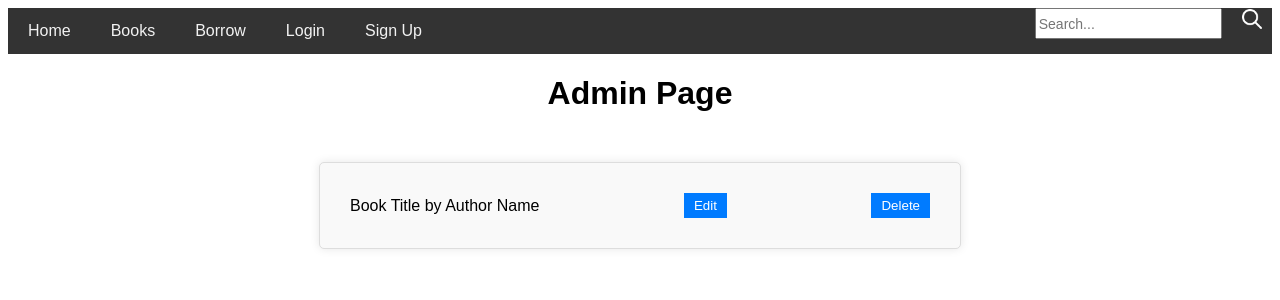
Repository: fadyesk12/Web-Technology-Course-Project
Page: auth/admin.html
An editor plug-in stored every save of this project. The page is shown before and after the next save, followed by the edit.
The browser window is 1280 px wide. The pictures show the whole page.

Above is the page before, as saved 2024-04-20 09:35:56.

After the next save:
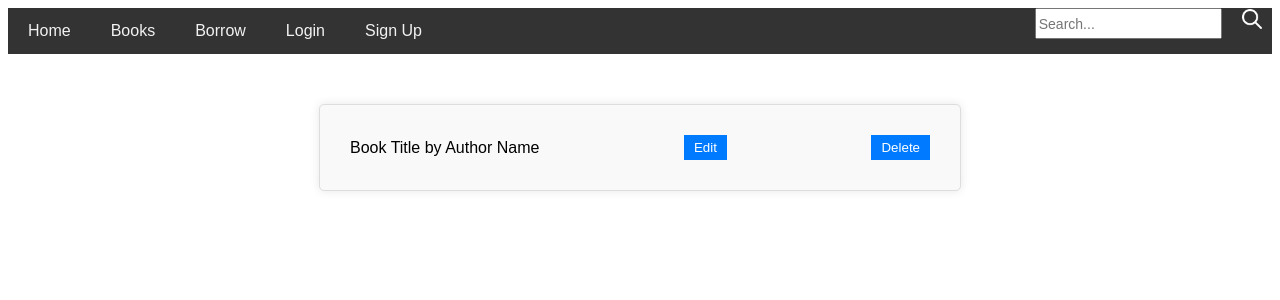
Saved 3 min 3 s later.
--- a/auth/admin.html
+++ b/auth/admin.html
@@ -22,7 +22,6 @@
             </form>
         </div>
     </div>
-    <h1>Admin Page</h1>
     <div class="container">
         <div id="bookList">
             <div class="book-row">
